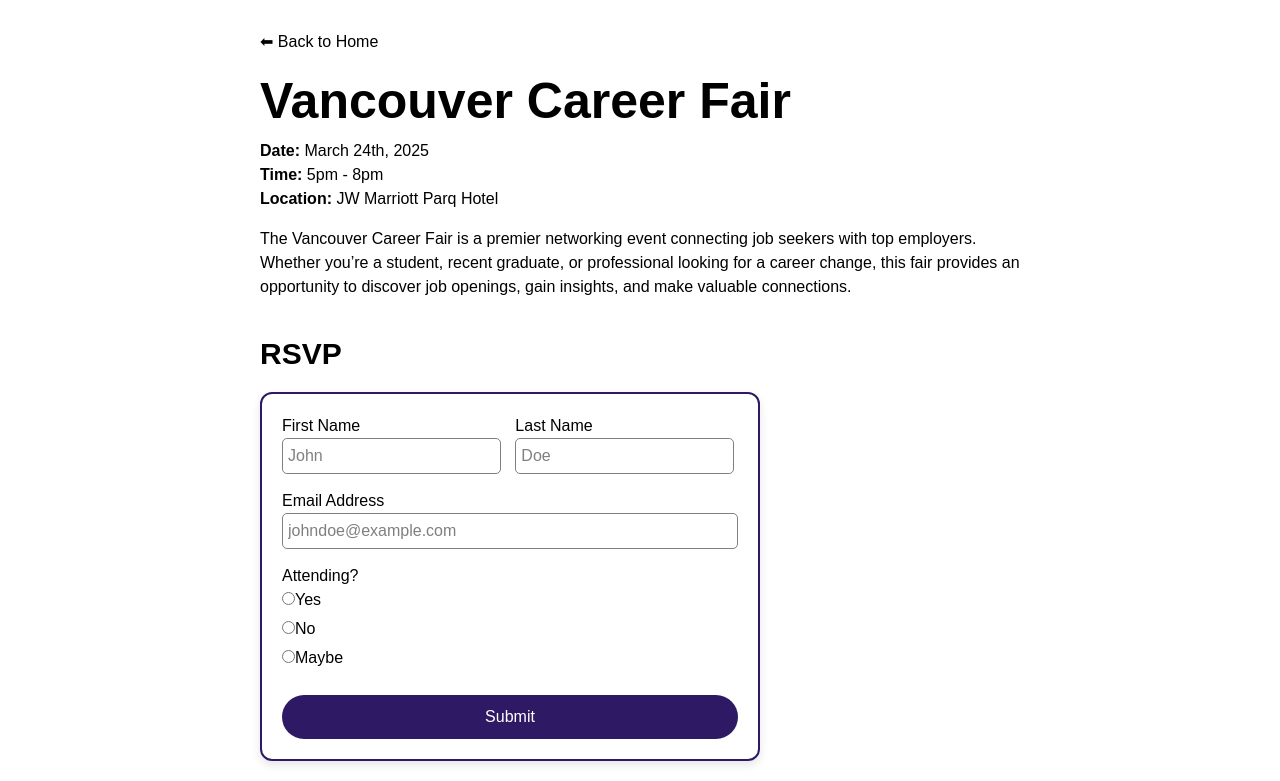
Repository: Jennica1/FULLSTACK-FINAL-PROJ
Page: /event (app in rsvp-app/frontend/)
These files come from the project's save history. The page is drawn as it stood at one moment and after a run of saves; the edit follows.
The browser window is 1280 px wide. The pictures show the part of the page from y = 600 to 1381 px (the page is 1381 px tall before and 1352 px after).
The project was rebuilt for these pictures with package versions that can differ from the ones it lists, and the page was loaded fresh each time. The framework's server and built-in components were replaced by stand-ins that run in the browser. Also part of the build but not shown: rsvp-app/frontend/next.config.mjs.

Above is the page before, as saved 2025-03-22 21:33:49.

### rsvp-app/frontend/app/event/page.js
'use client';
import { useRouter } from 'next/navigation';
import { useState } from 'react';
import Navbar from '../components/Navbar'; // Import the Navbar

export default function EventPage() {
  const router = useRouter();
  const [attendance, setAttendance] = useState(''); // Stores selected option

  return (
    <div>
      <Navbar /> {/* ✅ Navbar at the top */}

      {/* Banner Image */}
      <div style={styles.banner}>
        <img src="/event-banner.png" alt="Event Banner" style={styles.bannerImage} />
      </div>

      <div style={styles.container}>
          {/* Back Button */}
          <button style={styles.backButton} onClick={() => router.push('/')}>⬅ Back to Home</button>
        <h1 style={styles.header}>Vancouver Career Fair</h1>

        <p><strong>Date:</strong> March 24th, 2025</p>
        <p><strong>Time:</strong> 5pm - 8pm</p>
        <p><strong>Location:</strong> JW Marriott Parq Hotel</p>
        <p style={styles.paragraph}>
          The Vancouver Career Fair is a premier networking event connecting job seekers
          with top employers. Whether you’re a student, recent graduate, or professional
          looking for a career change, this fair provides an opportunity to discover job
          openings, gain insights, and make valuable connections.
        </p>

        {/* RSVP Section */}
        <h2 style={styles.subHead}>RSVP</h2>
        <div style={styles.formContainer}>
          <form style={styles.form}>
            <div style={styles.inputGroup}>
              <div>
                <label>First Name</label>
                <input style={styles.textBox} type="text" placeholder="John" required />
              </div>
              <div>
                <label>Last Name</label>
                <input style={styles.textBox} type="text" placeholder="Doe" required />
              </div>
            </div>

            <div style={styles.fullWidth}>
              <label>Email Address</label>
              <input style={styles.textBox} type="email" placeholder="johndoe@example.com" required />
            </div>

            <div style={styles.fullWidth}>
            <label>Attending?</label>
              <div style={styles.radioGroup}>
                <label>
                  <input
                    type="radio"
                    name="attendance"
                    value="yes"
                    checked={attendance === 'yes'}
                    onChange={() => setAttendance('yes')}
                  />
                  Yes
                </label>
                <label>
                  <input
                    type="radio"
                    name="attendance"
                    value="no"
                    checked={attendance === 'no'}
                    onChange={() => setAttendance('no')}
                  />
                  No
                </label>
                <label>
                  <input
                    type="radio"
                    name="attendance"
                    value="maybe"
                    checked={attendance === 'maybe'}
                    onChange={() => setAttendance('maybe')}
                  />
                  Maybe
                </label>
              </div>
            </div>

            <button type="submit" style={styles.submitButton}>Submit</button>
          </form>
          </div>

      </div>
    </div>
  );
}

// Styles for Banner and Layout
const styles = {
  banner: {
    width: '100%',
    height: '600px',
    overflow: 'hidden',
  },
  bannerImage: {
    width: '100%',
    height: '100%',
    objectFit: 'cover',
  },
  container: {
    maxWidth: '800px',
    margin: 'auto',
    padding: '20px',
  },
  header:{
    fontSize: '50px',
    fontWeight: 'bold'
  },
  paragraph:{
    marginTop: '1rem'
  },
  formContainer: {
    border: '2px solid #2E1A64', // Purple border
    borderRadius: '12px',
    padding: '20px',
    maxWidth: '500px',
    margin: '0',
    boxShadow: '0 4px 10px rgba(0, 0, 0, 0.1)', // Soft shadow
  },
  form: {
    display: 'flex',
    flexDirection: 'column',
    gap: '15px',
  },
  inputGroup: {
    display: 'flex',
    justifyContent: 'space-between',
    gap: '10px',
  },
  fullWidth: {
    display: 'flex',
    flexDirection: 'column',
  },
  checkboxGroup: {
    display: 'flex',
    flexDirection: 'column',
    gap: '5px',
  },
  submitButton: {
    backgroundColor: '#2E1A64', // Dark Purple
    color: 'white',
    border: 'none',
    padding: '10px',
    borderRadius: '25px',
    fontSize: '16px',
    cursor: 'pointer',
    marginTop: '10px',
    transition: '0.3s ease',
  },
  textBox: {
border: '1px solid gray',
padding: '5px',
borderRadius: '5px'
  },
  radioGroup: {
    display: 'flex',
    flexDirection: 'column',
    gap: '5px'
  },
  backButton: {
    backgroundColor: 'transparent',
    border: 'none',
    fontSize: '16px',
    cursor: 'pointer',
    marginBottom: '10px',
    marginTop: '10px'
  },
subHead: {
    marginTop: '2rem',
    marginBottom: '1rem',
    fontSize: '30px',
    fontWeight: 'bold'

}
};

### rsvp-app/frontend/app/components/Navbar.js
'use client';
import Link from 'next/link';

export default function Navbar() {
  return (
    <nav style={styles.navbar}>
      <div style={styles.container}>
        {/* Logo */}
        <Link href="/">
          <img src="/logo.svg" alt="EvenTrack Logo" style={styles.logo} />
        </Link>

        {/* Navigation Links (Can add more later) */}
        <div style={styles.navLinks}>
          <Link href="/" style={styles.link}>Home</Link>
          <Link href="/event" style={styles.link}>Events</Link>
        </div>
      </div>
    </nav>
  );
}

// CSS Styles
const styles = {
  navbar: {
    backgroundColor: '#D9D5E5',
    padding: '15px 0',
    width: '100%',
    position: 'fixed',
    top: 0,
    left: 0,
    zIndex: 1000,
  },
  container: {
    display: 'flex',
    justifyContent: 'space-between',
    alignItems: 'center',
    maxWidth: '1200px',
    margin: '0 auto',
    padding: '0 150px', // 150px margin on the sides
  },
  logo: {
    height: '50px',
    cursor: 'pointer',
  },
  navLinks: {
    display: 'flex',
    gap: '20px',
  },
  link: {
    color: 'black',
    textDecoration: 'none',
    fontSize: '16px',
    fontWeight: 'bold',
  },
};

Loaded but not shown: rsvp-app/frontend/app/layout.js (common file); rsvp-app/frontend/app/globals.css (common file)

After the next 4 saves:
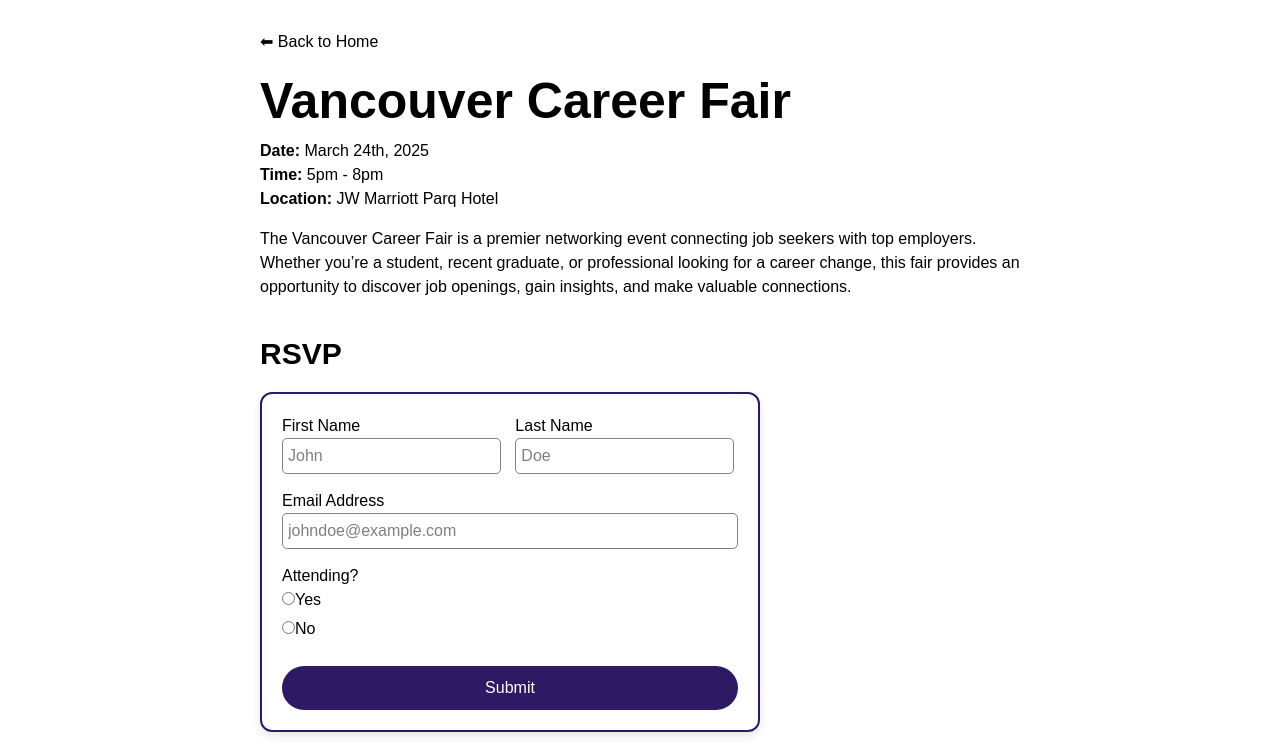
The 4 saves are shown as one change because 3 did not build or start.
The last was saved 4 min 17 s later.
--- a/rsvp-app/frontend/app/event/page.js
+++ b/rsvp-app/frontend/app/event/page.js
@@ -6,6 +6,25 @@ import Navbar from '../components/Navbar'; // Import the Navbar
 export default function EventPage() {
   const router = useRouter();
   const [attendance, setAttendance] = useState(''); // Stores selected option
+  const [name, setName] = useState('');
+  const [email, setEmail] = useState('');
+  const [message, setMessage] = useState('');
+
+  // Handle form submission
+  const handleSubmit = async (e) => {
+    e.preventDefault();
+
+    const response = await fetch('http://localhost:3001/rsvp', {
+      method: 'POST',
+      headers: {
+        'Content-Type': 'application/json',
+      },
+      body: JSON.stringify({ name, email, status: attendance }),
+    });
+
+    const data = await response.json();
+    setMessage(data.message);
+  };
 
   return (
     <div>
@@ -17,8 +36,9 @@ export default function EventPage() {
       </div>
 
       <div style={styles.container}>
-          {/* Back Button */}
-          <button style={styles.backButton} onClick={() => router.push('/')}>⬅ Back to Home</button>
+        {/* Back Button */}
+        <button style={styles.backButton} onClick={() => router.push('/')}>⬅ Back to Home</button>
+
         <h1 style={styles.header}>Vancouver Career Fair</h1>
 
         <p><strong>Date:</strong> March 24th, 2025</p>
@@ -34,33 +54,52 @@ export default function EventPage() {
         {/* RSVP Section */}
         <h2 style={styles.subHead}>RSVP</h2>
         <div style={styles.formContainer}>
-          <form style={styles.form}>
+          <form style={styles.form} onSubmit={handleSubmit}>
             <div style={styles.inputGroup}>
               <div>
                 <label>First Name</label>
-                <input style={styles.textBox} type="text" placeholder="John" required />
+                <input
+                  style={styles.textBox}
+                  type="text"
+                  placeholder="John"
+                  value={name}
+                  onChange={(e) => setName(e.target.value)}
+                  required
+                />
               </div>
               <div>
                 <label>Last Name</label>
-                <input style={styles.textBox} type="text" placeholder="Doe" required />
+                <input
+                  style={styles.textBox}
+                  type="text"
+                  placeholder="Doe"
+                  required
+                />
               </div>
             </div>
 
             <div style={styles.fullWidth}>
               <label>Email Address</label>
-              <input style={styles.textBox} type="email" placeholder="johndoe@example.com" required />
+              <input
+                style={styles.textBox}
+                type="email"
+                placeholder="johndoe@example.com"
+                value={email}
+                onChange={(e) => setEmail(e.target.value)}
+                required
+              />
             </div>
 
             <div style={styles.fullWidth}>
-            <label>Attending?</label>
+              <label>Attending?</label>
               <div style={styles.radioGroup}>
                 <label>
                   <input
                     type="radio"
                     name="attendance"
-                    value="yes"
-                    checked={attendance === 'yes'}
-                    onChange={() => setAttendance('yes')}
+                    value="confirmed"
+                    checked={attendance === 'confirmed'}
+                    onChange={() => setAttendance('confirmed')}
                   />
                   Yes
                 </label>
@@ -68,29 +107,22 @@ export default function EventPage() {
                   <input
                     type="radio"
                     name="attendance"
-                    value="no"
-                    checked={attendance === 'no'}
-                    onChange={() => setAttendance('no')}
+                    value="declined"
+                    checked={attendance === 'declined'}
+                    onChange={() => setAttendance('declined')}
                   />
                   No
                 </label>
-                <label>
-                  <input
-                    type="radio"
-                    name="attendance"
-                    value="maybe"
-                    checked={attendance === 'maybe'}
-                    onChange={() => setAttendance('maybe')}
-                  />
-                  Maybe
-                </label>
+
               </div>
             </div>
 
             <button type="submit" style={styles.submitButton}>Submit</button>
           </form>
-          </div>
-
+
+          {/* Display success/error message */}
+          {message && <p style={styles.message}>{message}</p>}
+        </div>
       </div>
     </div>
   );
@@ -113,12 +145,12 @@ const styles = {
     margin: 'auto',
     padding: '20px',
   },
-  header:{
+  header: {
     fontSize: '50px',
-    fontWeight: 'bold'
-  },
-  paragraph:{
-    marginTop: '1rem'
+    fontWeight: 'bold',
+  },
+  paragraph: {
+    marginTop: '1rem',
   },
   formContainer: {
     border: '2px solid #2E1A64', // Purple border
@@ -159,14 +191,14 @@ const styles = {
     transition: '0.3s ease',
   },
   textBox: {
-border: '1px solid gray',
-padding: '5px',
-borderRadius: '5px'
+    border: '1px solid gray',
+    padding: '5px',
+    borderRadius: '5px',
   },
   radioGroup: {
     display: 'flex',
     flexDirection: 'column',
-    gap: '5px'
+    gap: '5px',
   },
   backButton: {
     backgroundColor: 'transparent',
@@ -174,13 +206,16 @@ borderRadius: '5px'
     fontSize: '16px',
     cursor: 'pointer',
     marginBottom: '10px',
-    marginTop: '10px'
-  },
-subHead: {
+    marginTop: '10px',
+  },
+  subHead: {
     marginTop: '2rem',
     marginBottom: '1rem',
     fontSize: '30px',
-    fontWeight: 'bold'
-
-}
+    fontWeight: 'bold',
+  },
+  message: {
+    marginTop: '10px',
+
+  },
 };
